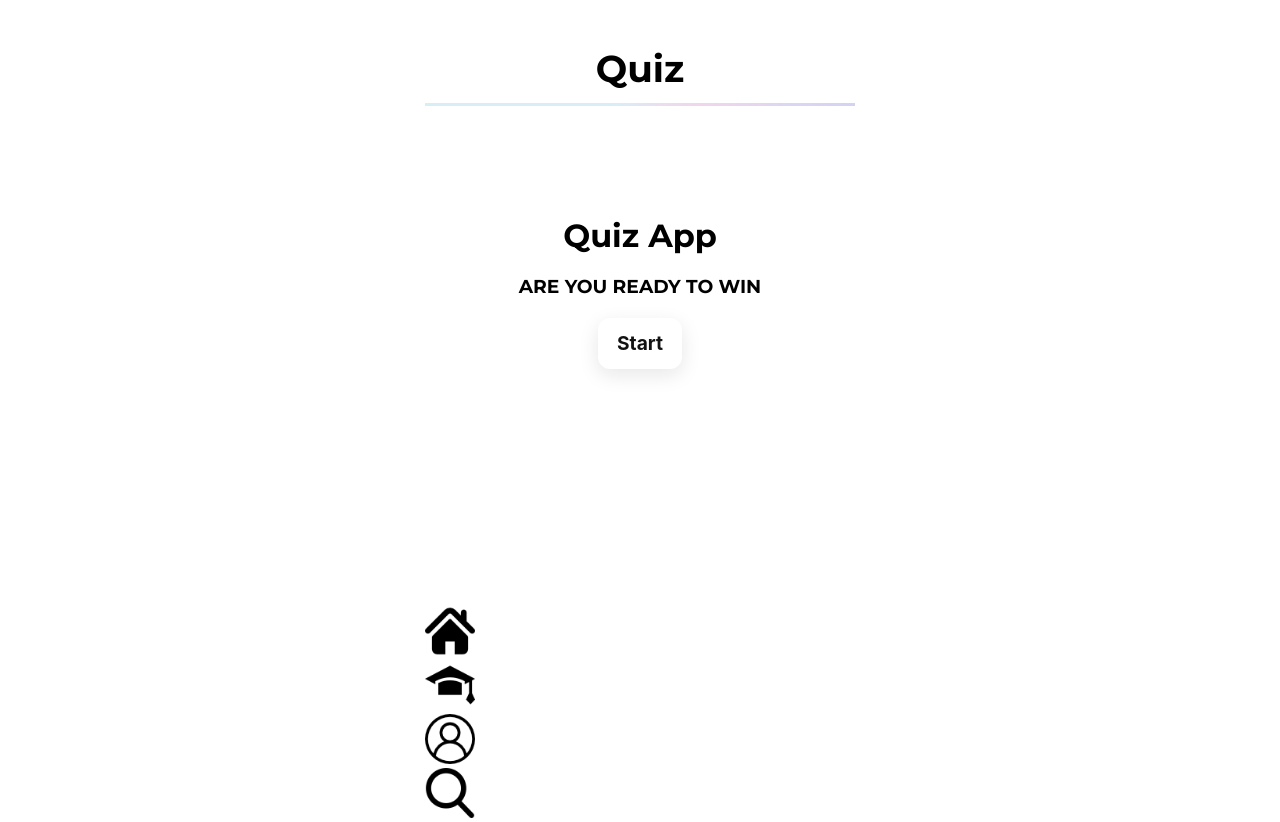
Repository: 1medi/pocketprof
Page: /QuizPage
The author's editor kept a copy of each file at every save. The page is drawn from the files as they stood at one save, then again after the next save.
The browser window is 1280 px wide. The pictures show the whole page.
The project was rebuilt for these pictures with package versions that can differ from the ones it lists, and the page was loaded fresh each time. The framework's server and built-in components were replaced by stand-ins that run in the browser. Also part of the build but not shown: next.config.mjs, Components/Buttons/Oscar/Oscar.module.css, Components/Buttons/Oscar/index.js.

Above is the page before, as saved 2024-05-04 01:11:22.

After the next save:
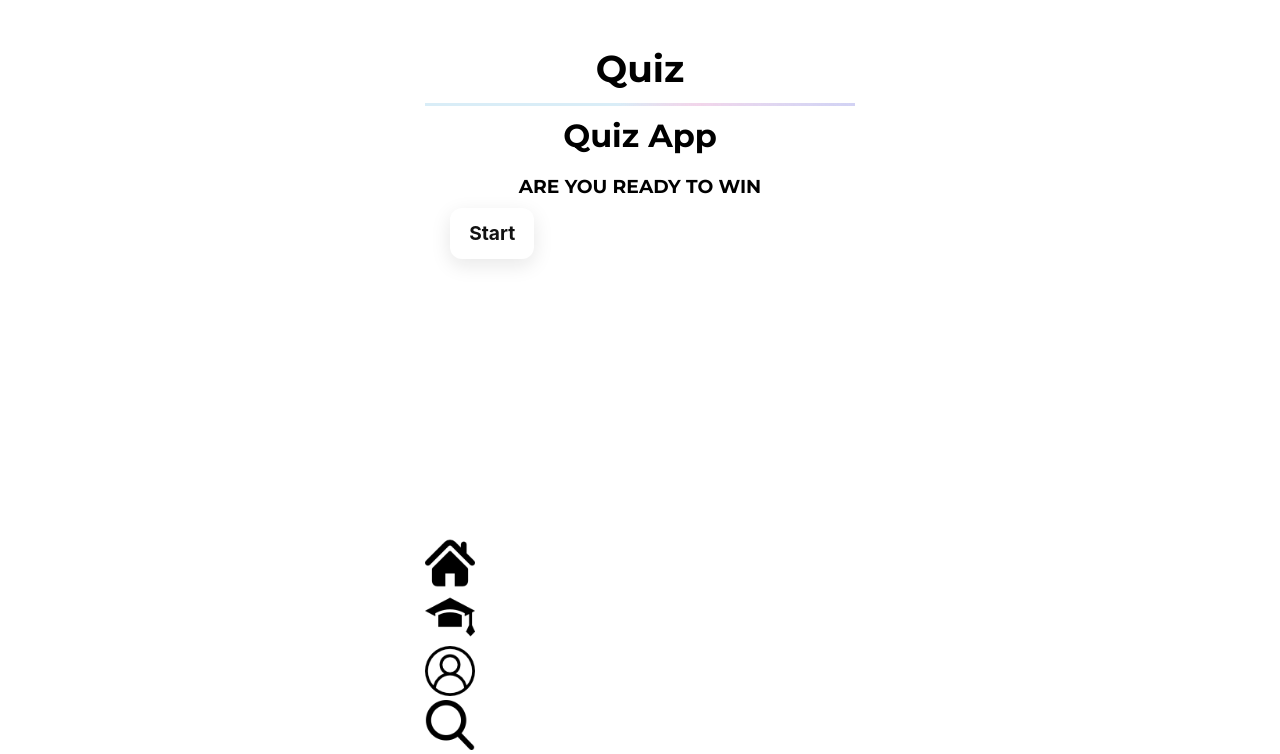
Saved 18 s later.
--- a/styles/QuizPage.module.css
+++ b/styles/QuizPage.module.css
@@ -16,7 +16,7 @@
   font-family: "Montserrat", "sans-serif";
 }
 
-.container {
+/* .container {
   max-width: 400px;
   max-height: 932px;
   width: 100%;
@@ -27,7 +27,7 @@
   margin-top: 100px;
   border-radius: 10px;
   z-index: 1;
-}
+} */
 
 .container {
   background: linear-gradient(45deg, var(--primary) 0%, var(--secondary) 100%);
